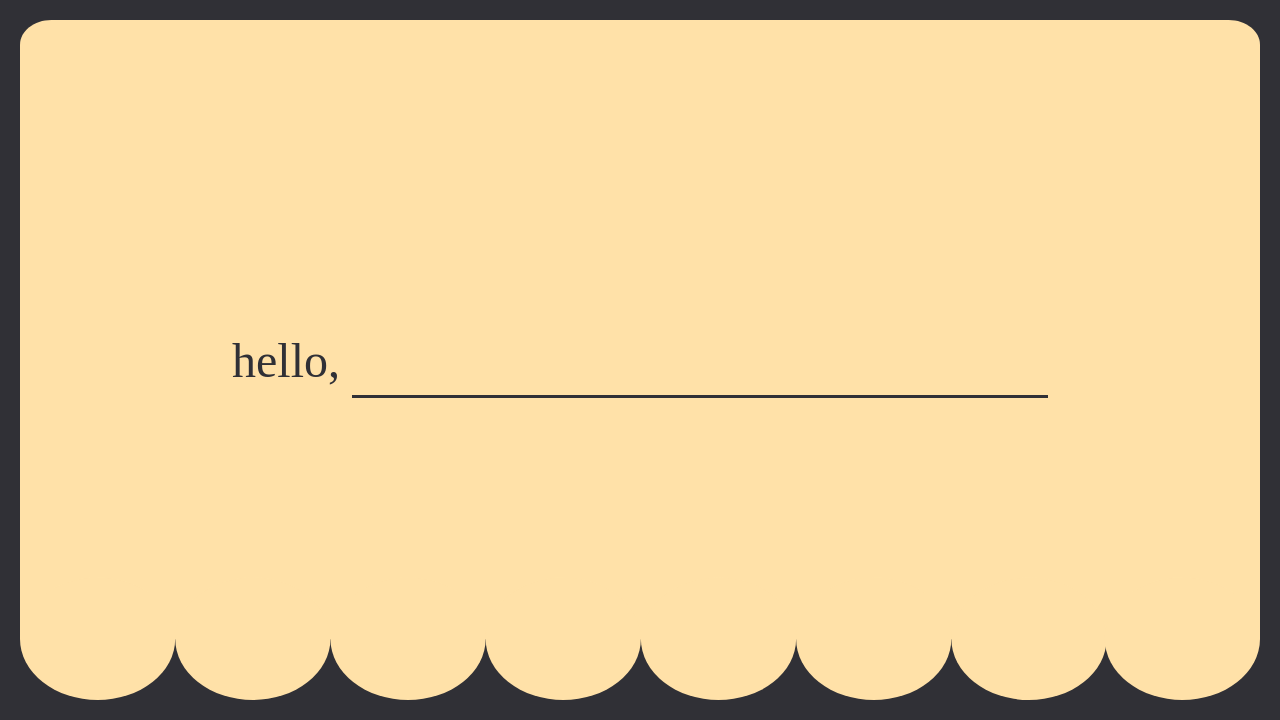
Repository: zhangolivia7/rot-recovery
Page: /
An editor plug-in stored every save of this project. The page is shown before and after the next save, followed by the edit.
The browser window is 1280 px wide. The pictures show the whole page.
Some web fonts or font styles are not loaded; a fallback is used. The project was rebuilt for these pictures with package versions that can differ from the ones it lists, and the page was loaded fresh each time. The framework's server and built-in components were replaced by stand-ins that run in the browser. Also part of the build but not shown: next.config.ts.

Above is the page before, as saved 2025-03-29 18:18:03.

After the next save:
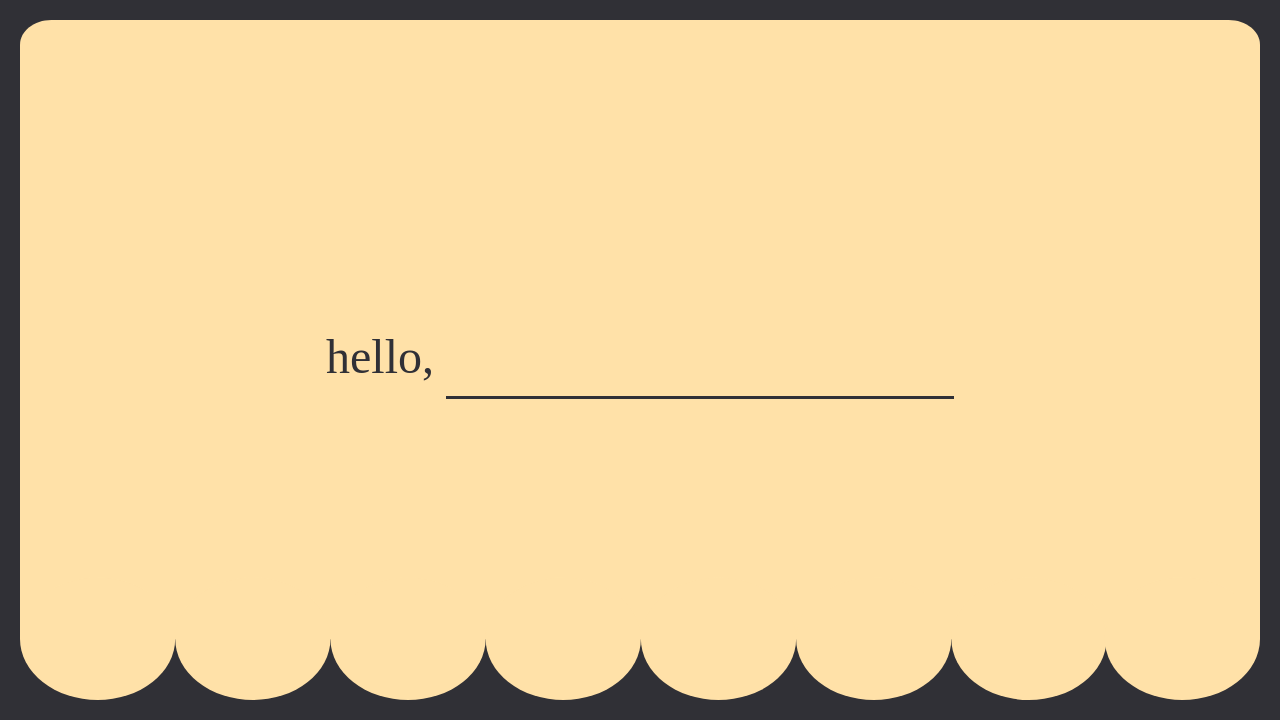
Saved 12 s later.
--- a/src/app/globals.css
+++ b/src/app/globals.css
@@ -78,7 +78,7 @@ h1 {
 }
 
 #s1 input {
-  font-family: "Lalezar", system-ui;
-  font-weight: 50;
+  font-family: "Nobile", sans-serif;
+  font-weight: 400;
   font-style: normal;
 }
